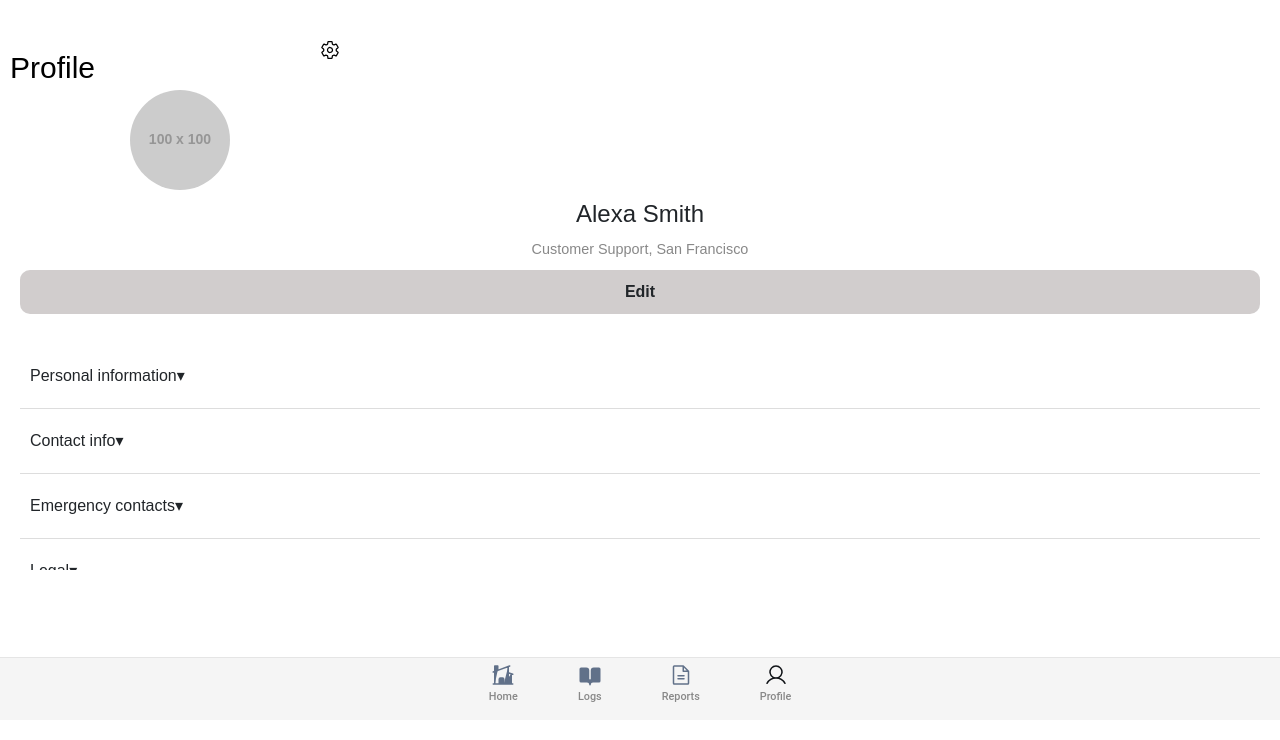
Repository: shash0708/GMR-Lines
Page: /profile (app in frontend/)
These files come from the project's save history. The page is drawn as it stood at one moment and after the next save; the edit follows.
The browser window is 1280 px wide. The pictures show the whole page.
The page's requests for data from a server got no answer. Some web libraries are served in a nearby version. The project was rebuilt for these pictures with package versions that can differ from the ones it lists, and the page was loaded fresh each time. No one was signed in, and anything a server would have sent is missing. Also part of the build but not shown: frontend/src/components/Home/Car.css, frontend/src/components/Home/Car.jsx, frontend/src/components/hooks/useDocumentTitle.js, frontend/src/components/Home/Home.css, frontend/src/components/Home/Home.component.jsx, frontend/src/components/Form/Form.component.jsx, frontend/src/components/Card/Card.jsx, frontend/src/components/Card/Card.css and 10 more.

Above is the page before, as saved 2024-10-20 13:48:20.

After the next save:
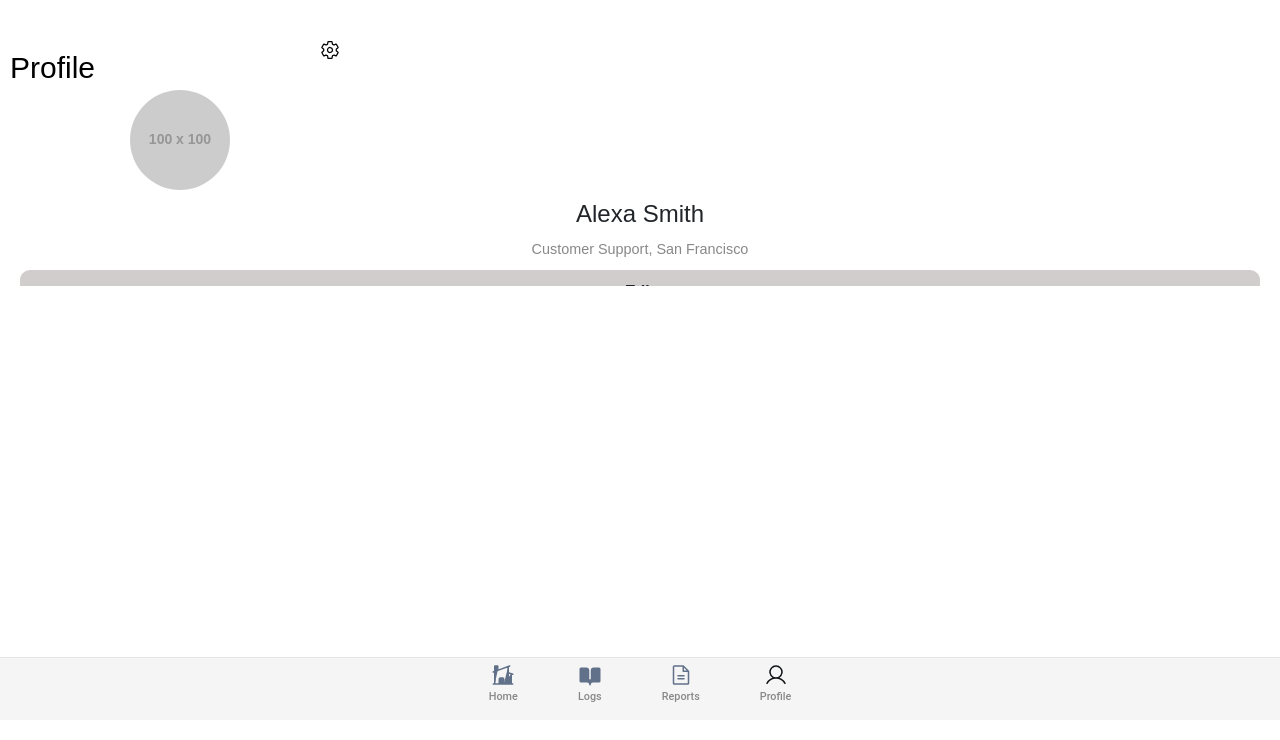
Saved 8 s later.
--- a/frontend/src/components/Profile/Profile.css
+++ b/frontend/src/components/Profile/Profile.css
@@ -36,6 +36,8 @@
     margin-top: 50px;
     /* box-shadow: 0 4px 8px rgba(0, 0, 0, 0.1); */
     width: 100%;
+    height:30vh;
+
     padding: 20px;
   }
 
